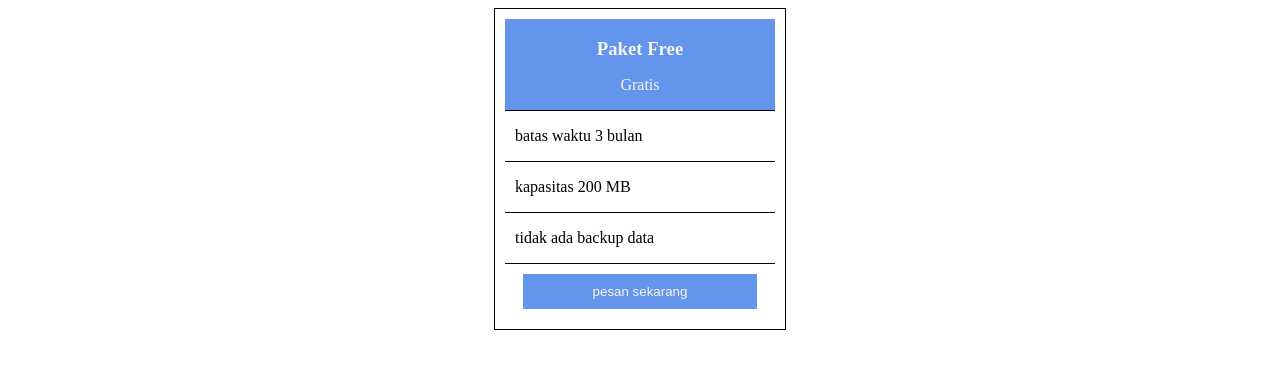
Repository: AHSANS354/tugas-sib5
Page: tugas css/index.html
These files come from the project's save history. The page is drawn as it stood at one moment and after the next save; the edit follows.
The browser window is 1280 px wide. The pictures show the whole page.

Above is the page before, as saved 2023-08-29 15:46:10.

After the next save:
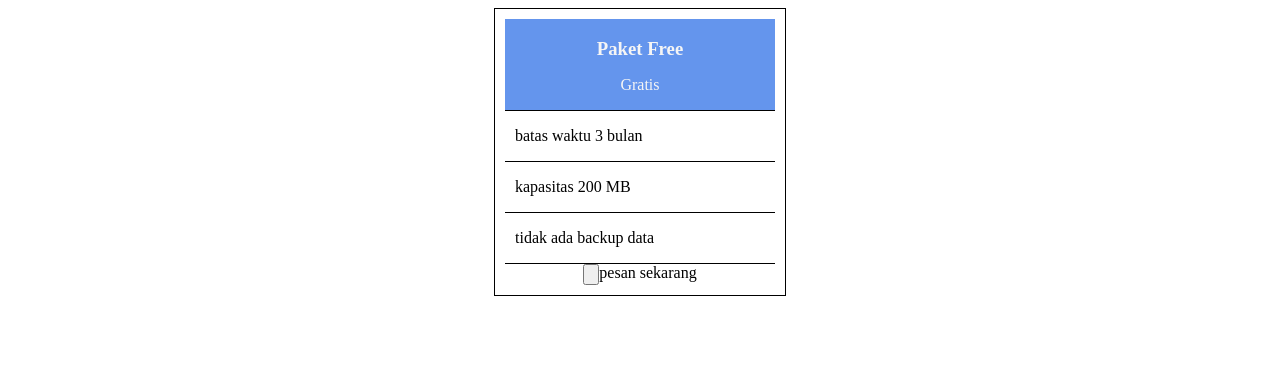
Saved 42 s later.
--- a/tugas css/index.html
+++ b/tugas css/index.html
@@ -70,7 +70,7 @@
                 <p>tidak ada backup data</p>
               </div>
               <div class="btn">
-                <button type="button">pesan sekarang</button>
+                <input type="button">pesan sekarang</input>
               </div>
             </div>
           </div>

After the save that followed:
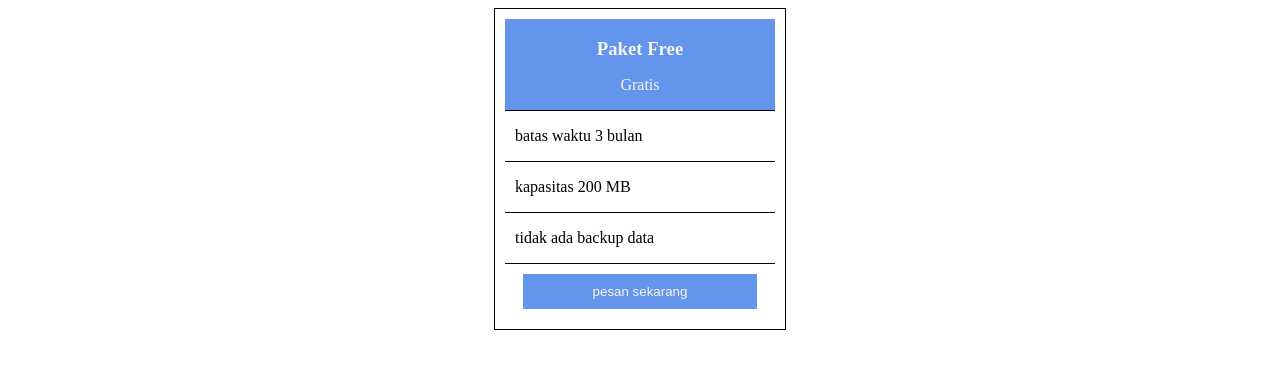
Saved 19 s later.
--- a/tugas css/index.html
+++ b/tugas css/index.html
@@ -70,7 +70,7 @@
                 <p>tidak ada backup data</p>
               </div>
               <div class="btn">
-                <input type="button">pesan sekarang</input>
+                <button type="button">pesan sekarang</button>
               </div>
             </div>
           </div>
